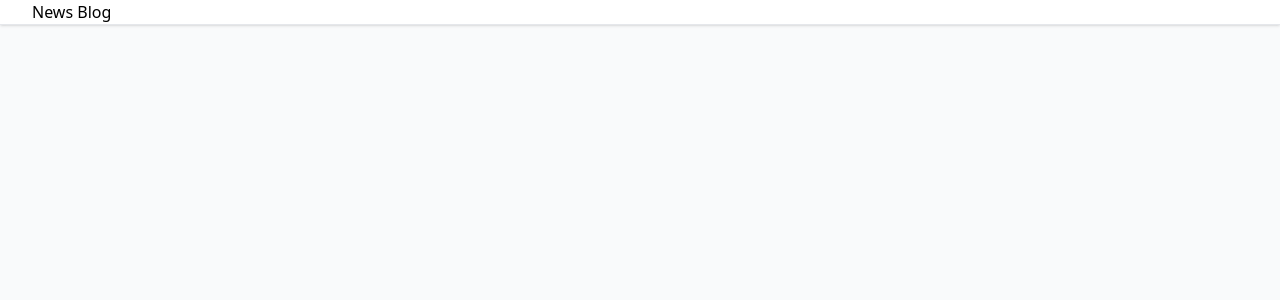
Repository: estevam02009/news-blog
Page: /
The author's editor kept a copy of each file at every save. The page is drawn from the files as they stood at one save, then again after the next save.
The browser window is 1280 px wide. The pictures show the whole page.
The project was rebuilt for these pictures with package versions that can differ from the ones it lists, and the page was loaded fresh each time. Also part of the build but not shown: vite.config.ts.

Above is the page before, as saved 2025-08-08 16:51:56.

After the next save:
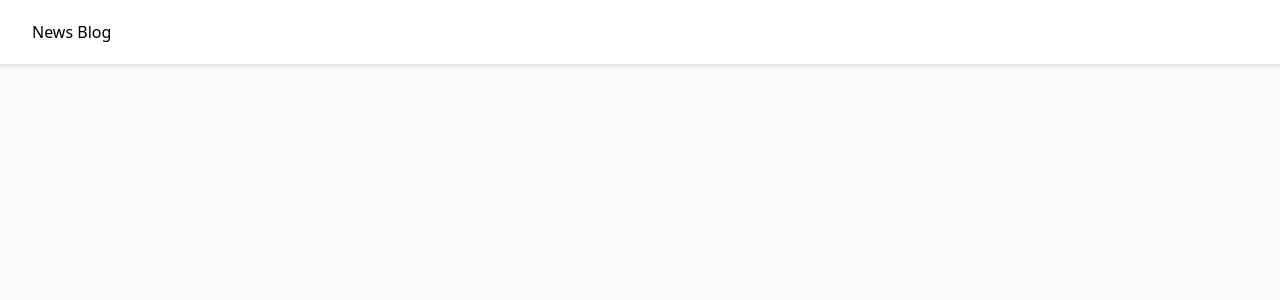
Saved 28 s later.
--- a/src/components/Header.tsx
+++ b/src/components/Header.tsx
@@ -5,7 +5,7 @@ const Header: React.FC = () => {
     return (
         <header className='bg-white shadow-sm border-b border-gray-200 sticky top-0 z-50'>
             <div className='max-w-7xl mx-auto px-4 sm:px-6 lg:px-8'>
-                <div>
+                <div className='flex items-center justify-between h-16'>
                     {/* LOGO */}
                     <div>
                         <h1>News Blog</h1>
